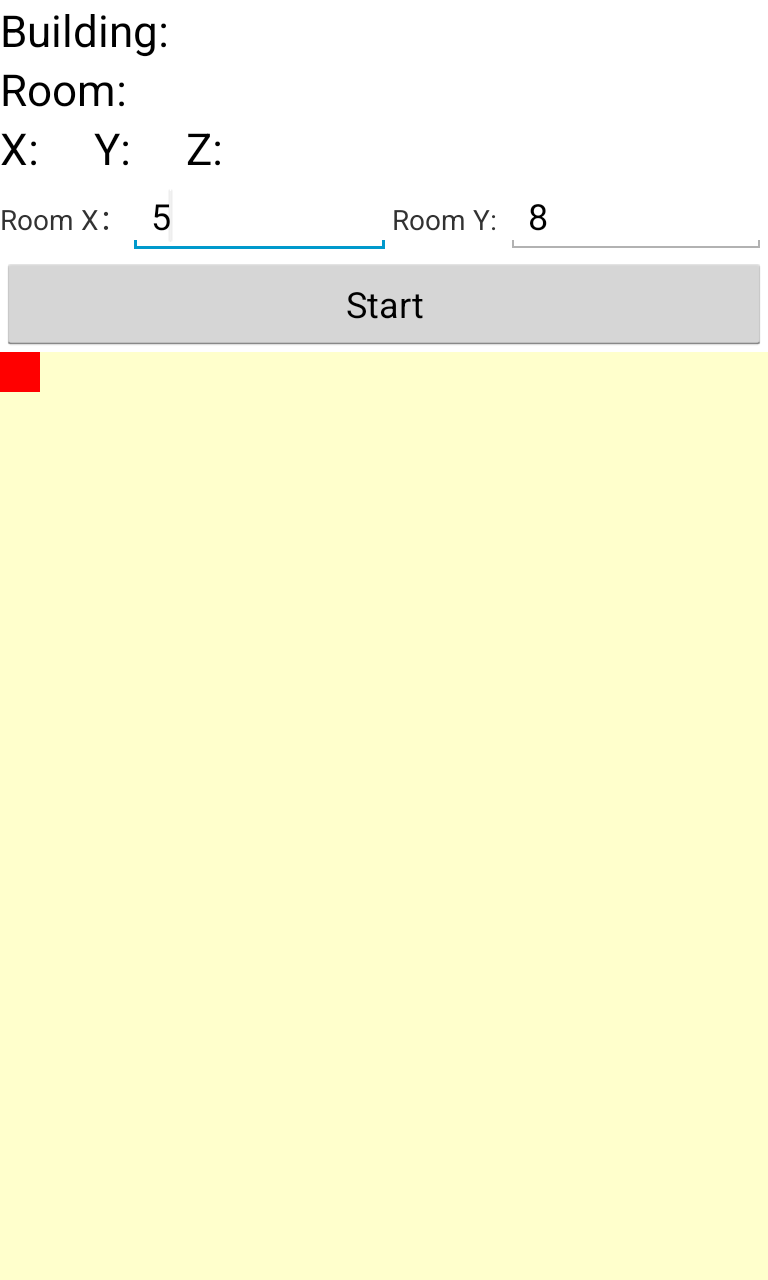
Repository: RenchuSong/tMap_Android
Layout: tmap_model_tool/res/layout/locating.xml
These files come from the project's save history. The layout is drawn as it stood at one moment and after the next save; the edit follows.
It is drawn on a 768 x 1280 px phone screen (xhdpi) without system bars, with theme AppTheme; the app's code is not run.

Above is the layout before, as saved 2014-05-11 22:37:29.

### tmap_model_tool/res/layout/locating.xml
<?xml version="1.0" encoding="utf-8"?>
<LinearLayout xmlns:android="http://schemas.android.com/apk/res/android"
    android:layout_width="match_parent"
    android:layout_height="match_parent"
    android:orientation="vertical" >

    <TextView
        android:id="@+id/building"
        android:layout_width="match_parent"
        android:layout_height="wrap_content"
        android:text="Building:"
        android:textAppearance="?android:attr/textAppearanceLarge" />

    <TextView
        android:id="@+id/room"
        android:layout_width="match_parent"
        android:layout_height="wrap_content"
        android:text="Room:"
        android:textAppearance="?android:attr/textAppearanceLarge" />

    <TextView
        android:id="@+id/location"
        android:layout_width="match_parent"
        android:layout_height="wrap_content"
        android:text="X:     Y:     Z:"
        android:textAppearance="?android:attr/textAppearanceLarge" />

    <LinearLayout
        android:layout_width="match_parent"
        android:layout_height="wrap_content" >

        <TextView
            android:id="@+id/textView1"
            android:layout_width="wrap_content"
            android:layout_height="wrap_content"
            android:text="Room X："/>

        <EditText
            android:id="@+id/xRange"
            android:layout_width="wrap_content"
            android:layout_height="wrap_content"
            android:layout_weight="1"
            android:ems="10"
            android:text="5" >

            <requestFocus />
        </EditText>

        <TextView
            android:id="@+id/textView2"
            android:layout_width="wrap_content"
            android:layout_height="wrap_content"
            android:text="Room Y: " />

        <EditText
            android:id="@+id/yRange"
            android:layout_width="wrap_content"
            android:layout_height="wrap_content"
            android:layout_weight="1"
            android:ems="10"
            android:text="8" />

    </LinearLayout>

    <Button
        android:id="@+id/start_stop"
        android:layout_width="match_parent"
        android:layout_height="wrap_content"
        android:text="Start" />

    <RelativeLayout
        android:layout_width="match_parent"
        android:layout_height="match_parent"
        android:background="#ffffcc" >

        <Button
            android:id="@+id/person"
            android:layout_width="20dp"
            android:layout_height="20dp"
            android:layout_alignParentLeft="true"
            android:layout_alignParentTop="true"
            android:background="#ff0000" />

    </RelativeLayout>

</LinearLayout>

Loaded but not shown: tmap_model_tool/res/values/styles.xml (common file); tmap_model_tool/res/values-v11/styles.xml (common file); tmap_model_tool/res/values-v14/styles.xml (common file)

After the next save:
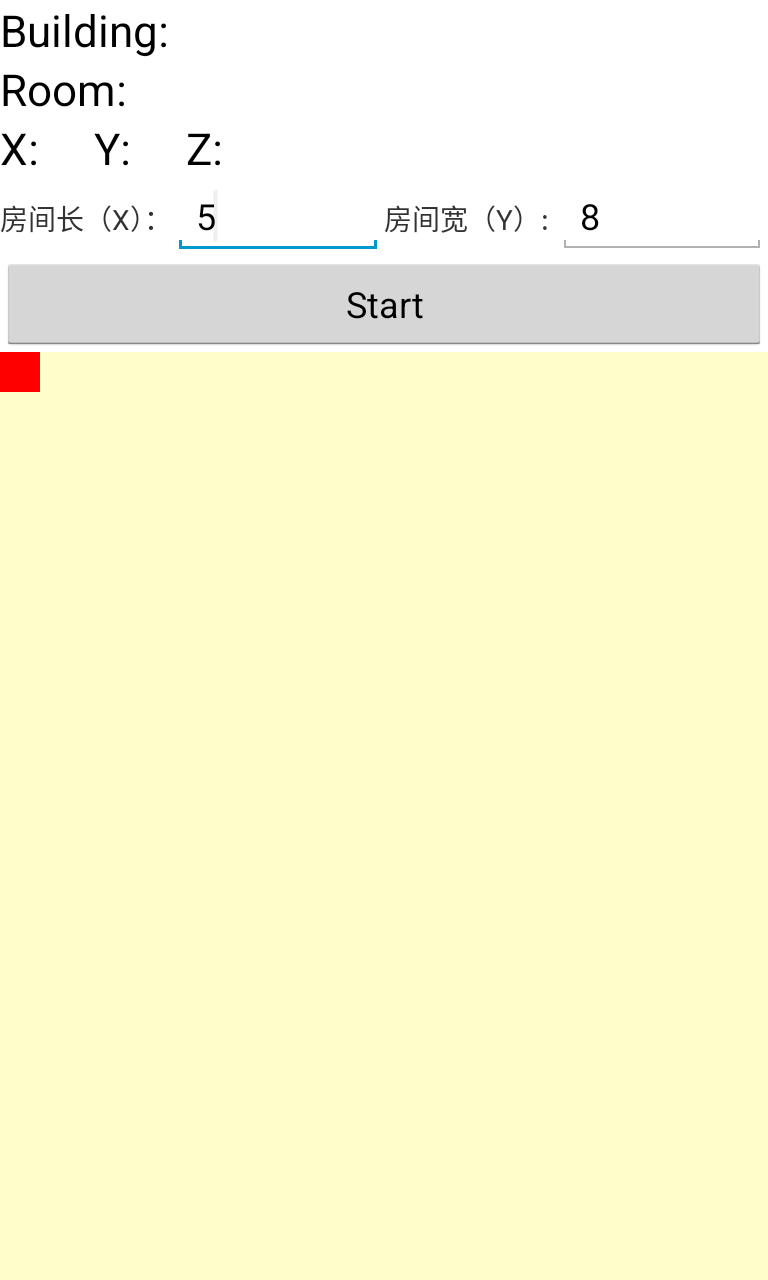
Saved 50 s later.
--- a/tmap_model_tool/res/layout/locating.xml
+++ b/tmap_model_tool/res/layout/locating.xml
@@ -33,7 +33,7 @@
             android:id="@+id/textView1"
             android:layout_width="wrap_content"
             android:layout_height="wrap_content"
-            android:text="Room X："/>
+            android:text="房间长（X）："/>
 
         <EditText
             android:id="@+id/xRange"
@@ -50,7 +50,7 @@
             android:id="@+id/textView2"
             android:layout_width="wrap_content"
             android:layout_height="wrap_content"
-            android:text="Room Y: " />
+            android:text="房间宽（Y）: " />
 
         <EditText
             android:id="@+id/yRange"
